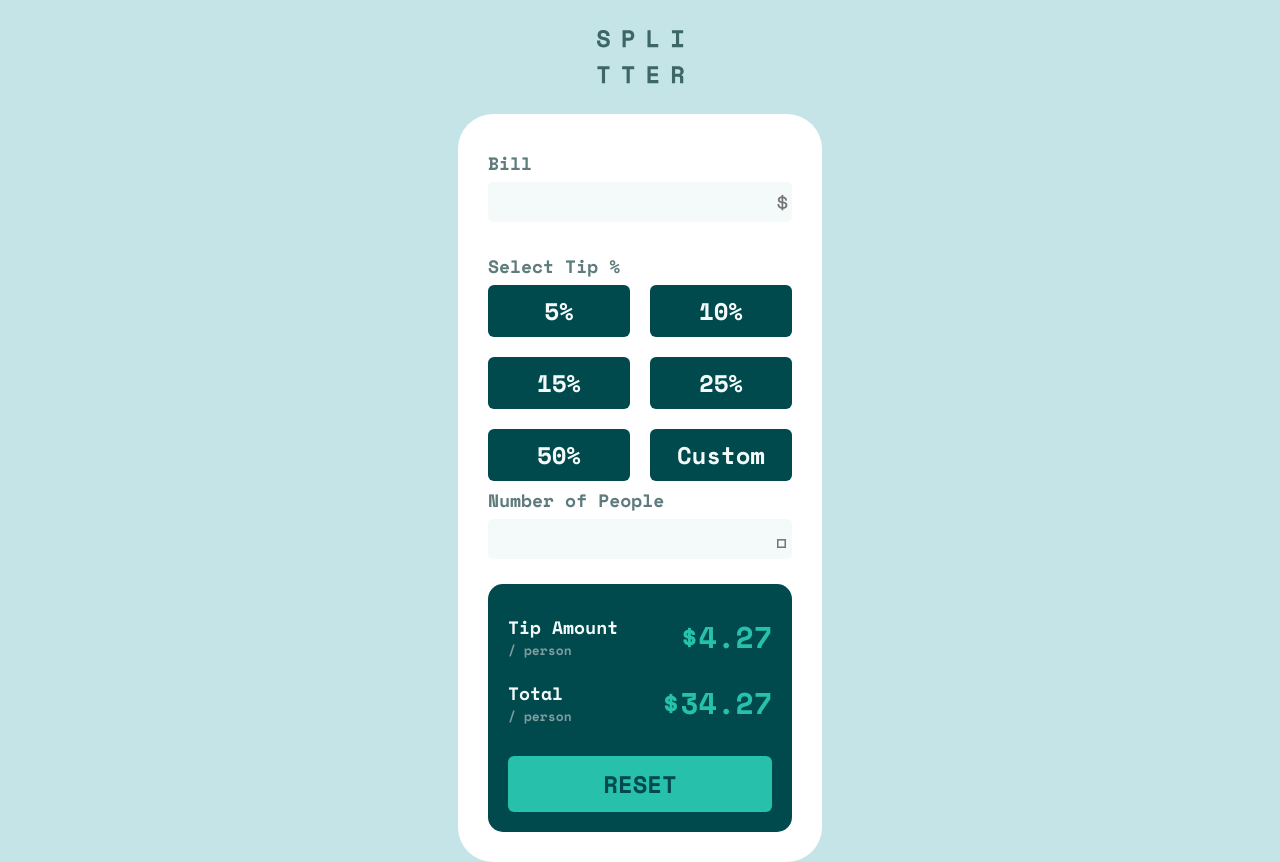
Repository: tomas938/tipcalculator
Page: /
These files come from the project's save history. The page is drawn as it stood at one moment and after the next save; the edit follows.
The browser window is 1280 px wide. The pictures show the whole page.
The project was rebuilt for these pictures with package versions that can differ from the ones it lists, and the page was loaded fresh each time.

Above is the page before, as saved 2021-08-04 10:22:20.

### public/index.html
<!DOCTYPE html>
<html lang="">
	<head>
		<meta charset="utf-8" />
		<meta http-equiv="X-UA-Compatible" content="IE=edge" />
		<meta name="viewport" content="width=device-width,initial-scale=1.0" />
		<link rel="icon" href="<%= BASE_URL %>favicon.ico" />
		<link
			href="https://fonts.googleapis.com/icon?family=Material+Icons"
			rel="stylesheet"
		/>
		<title><%= htmlWebpackPlugin.options.title %></title>
	</head>
	<body>
		<noscript>
			<strong
				>We're sorry but <%= htmlWebpackPlugin.options.title %> doesn't work
				properly without JavaScript enabled. Please enable it to
				continue.</strong
			>
		</noscript>
		<div id="app"></div>
		<!-- built files will be auto injected -->
	</body>
</html>

### src/App.vue
<template>
	<router-view />
</template>

<style lang="scss">
@import url("https://fonts.googleapis.com/css2?family=Space+Mono:wght@400;700&display=swap");
$strong-cyan: hsl(172, 67%, 45%);
$dark-cyan: hsl(186, 14%, 43%);
$grayish-cyan: hsl(184, 14%, 43%);
$lower-grayish-cyan: hsl(184, 14%, 56%);
$light-grayish-cyan: hsl(185, 41%, 84%);
$lighter-grayish-cyan: hsl(189, 41%, 97%);
$white: hsl(0, 0%, 100%);
* {
	margin: 0;
	padding: 0;
	box-sizing: border-box;
	font-family: "Space Mono", monospace;
	font-size: 2.4rem;
}
body {
	background-color: hsl(185, 41%, 84%);
}
html {
	font-size: 62.5%;
	@media only screen and (max-width: 760px) {
		font-size: 45.5%;
	}
}
</style>

### src/views/Home.vue
<template>
	<div class="logo">
		<splitter></splitter>
	</div>
</template>

<script>
import Splitter from "../components/Splitter.vue";
export default {
	name: "Home",
	components: {
		Splitter,
	},
};
</script>
<style lang="scss" scoped></style>

### src/components/Splitter.vue
<template>
	<div class="splitter">
		<svg xmlns="http://www.w3.org/2000/svg" width="87" height="54">
			<path
				fill="#3D6666"
				d="M6.72 17.472c.944 0 1.792-.12 2.544-.36s1.392-.584 1.92-1.032a4.476 4.476 0 001.212-1.62c.28-.632.42-1.34.42-2.124v-.288c0-1.472-.464-2.584-1.392-3.336-.928-.752-2.272-1.288-4.032-1.608a14.615 14.615 0 01-1.74-.408c-.456-.144-.824-.308-1.104-.492-.28-.184-.476-.392-.588-.624a1.771 1.771 0 01-.168-.78c0-.56.232-1.004.696-1.332.464-.328 1.096-.492 1.896-.492.944 0 1.676.248 2.196.744.52.496.78 1.08.78 1.752v.576h3.168v-.864a5 5 0 00-.396-1.968 4.762 4.762 0 00-1.176-1.656C10.436 1.08 9.792.7 9.024.42 8.256.14 7.376 0 6.384 0c-.88 0-1.676.12-2.388.36s-1.32.576-1.824 1.008c-.504.432-.896.94-1.176 1.524-.28.584-.42 1.22-.42 1.908v.144c0 .832.144 1.536.432 2.112a3.978 3.978 0 001.212 1.44c.52.384 1.132.692 1.836.924.704.232 1.48.42 2.328.564.64.112 1.168.248 1.584.408.416.16.744.34.984.54s.408.424.504.672c.096.248.144.508.144.78 0 .576-.232 1.072-.696 1.488-.464.416-1.176.624-2.136.624-1.232 0-2.14-.3-2.724-.9-.584-.6-.876-1.404-.876-2.412v-.576H0v.72c0 .88.144 1.692.432 2.436a5.47 5.47 0 001.272 1.944c.56.552 1.26.984 2.1 1.296.84.312 1.812.468 2.916.468zm22-.336V10.8h3.408c.864 0 1.616-.144 2.256-.432a4.707 4.707 0 001.596-1.14 4.833 4.833 0 00.96-1.608c.216-.6.324-1.212.324-1.836v-.576c0-.608-.108-1.204-.324-1.788a4.625 4.625 0 00-.96-1.56A4.737 4.737 0 0034.384.756c-.64-.28-1.392-.42-2.256-.42h-6.576v16.8h3.168zm3.096-9.36H28.72V3.36h3.096c.704 0 1.26.192 1.668.576.408.384.612.88.612 1.488v.288c0 .608-.204 1.104-.612 1.488-.408.384-.964.576-1.668.576zm29.464 9.36v-3.024h-7.632V.336H50.48v16.8h10.8zm24.88 0v-3.024h-4.032V3.36h4.032V.336H74.928V3.36h4.032v10.752h-4.032v3.024H86.16zm-78.096 36V39.36h4.464v-3.024H.432v3.024h4.464v13.776h3.168zm24.688 0V39.36h4.464v-3.024H25.12v3.024h4.464v13.776h3.168zm28.624 0v-3.024h-7.728v-3.888H60.8V43.2h-7.152v-3.84h7.44v-3.024H50.48v16.8h10.896zm16.744 0V46.8h3.648c.464 0 .796.12.996.36.2.24.3.552.3.936v5.04h3.168v-5.808c0-.56-.164-1.024-.492-1.392-.328-.368-.772-.584-1.332-.648v-.432c.768-.32 1.336-.78 1.704-1.38a3.63 3.63 0 00.552-1.932v-.576c0-.64-.116-1.24-.348-1.8a4.332 4.332 0 00-1.008-1.476c-.44-.424-.988-.756-1.644-.996-.656-.24-1.416-.36-2.28-.36h-6.432v16.8h3.168zm3.024-9.36H78.12V39.36h3.024c.768 0 1.352.204 1.752.612.4.408.6.892.6 1.452v.288c0 .656-.2 1.164-.6 1.524-.4.36-.984.54-1.752.54z"
			/>
		</svg>
		<div class="calculator">
			<h3>Bill</h3>
			<input type="text" placeholder="$" />
			<h3>Select Tip %</h3>
			<div class="calculator__grid">
				<div class="calculator__grid__item item-1"><p>5%</p></div>
				<div class="calculator__grid__item item-2"><p>10%</p></div>
				<div class="calculator__grid__item item-3"><p>15%</p></div>
				<div class="calculator__grid__item item-4"><p>25%</p></div>
				<div class="calculator__grid__item item-5"><p>50%</p></div>
				<div class="calculator__grid__item item-6"><p>Custom</p></div>
			</div>
			<h3>Number of People</h3>
			<input type="text" placeholder="&#xf002;" />
			<div class="calculator__result">
				<div class="result">
					<div class="information">
						<p>Tip Amount</p>
						<span>/ person</span>
					</div>
					<div class="price">
						<p>$4.27</p>
					</div>
				</div>
				<div class="result">
					<div class="information">
						<p>Total</p>
						<span>/ person</span>
					</div>
					<div class="price">
						<p>$34.27</p>
					</div>
				</div>
				<div class="result"></div>
				<button>Reset</button>
			</div>
		</div>
	</div>
</template>

<script>
export default {};
</script>

<style lang="scss" scoped>
.splitter {
	display: flex;
	flex-direction: column;
	align-items: center;
}
.calculator {
	background-color: hsl(0, 0%, 100%);
	padding: 3rem;
	border-radius: 3.5rem;
	&__grid {
		display: grid;
		grid-gap: 2rem;
		grid-template-columns: repeat(2, 1fr);
		grid-template-rows: repeat(3, 1fr);
		color: hsl(189, 41%, 97%);
		font-weight: 700;
		text-align: center;
		cursor: pointer;
	}
	&__grid__item {
		width: 100%;
		margin: auto;
		padding: 8px 0;
		border-radius: 6px;
		background-color: hsl(183, 100%, 15%);
		&:hover {
			transition: all 0.3s ease-in-out;
			background-color: hsl(172, 67%, 45%);
			color: hsl(183, 100%, 15%);
		}
	}
	&__result {
		display: flex;
		flex-direction: column;
		border-radius: 1.5rem;
		padding: 2rem;
		background-color: hsl(183, 100%, 15%);
		font-weight: 700;
		.result {
			display: flex;
			justify-content: space-between;
			padding: 10px 0;
			p {
				font-size: 1.8rem;
				color: hsl(189, 41%, 97%);
			}
			span {
				font-size: 1.3rem;
				color: hsl(184, 14%, 56%);
			}
		}
		.information {
			display: flex;
			flex-direction: column;
		}
		.price {
			p {
				color: hsl(172, 67%, 45%);
				font-size: 3rem;
			}
		}
		button {
			border-radius: 6px;
			padding: 1rem 0;
			font-weight: 700;
			color: hsl(183, 100%, 15%);
			text-transform: uppercase;
			background-color: hsl(172, 67%, 45%);
			cursor: pointer;
			outline: none;
			border: none;
		}
		button:hover,
		button:active {
			transition: 0.3s ease-in-out;
			background-color: hsl(185, 41%, 84%);
		}
	}
}
svg {
	margin: 3rem 0;
}
input {
	margin-bottom: 2.5rem;
	border-radius: 5px;
	border: 2px solid transparent;
	outline: none;
	background-color: hsl(189, 41%, 97%);
	text-align: right;
	&:focus,
	&:active {
		border: 2px solid hsl(172, 67%, 45%);
	}
}
h3 {
	margin: 6px 0;
	font-size: 1.8rem;
	color: hsl(184, 14%, 43%);
	font-weight: 700;
}
</style>

Loaded but not shown: src/main.js (common file); src/router/index.js (common file)

After the next save:
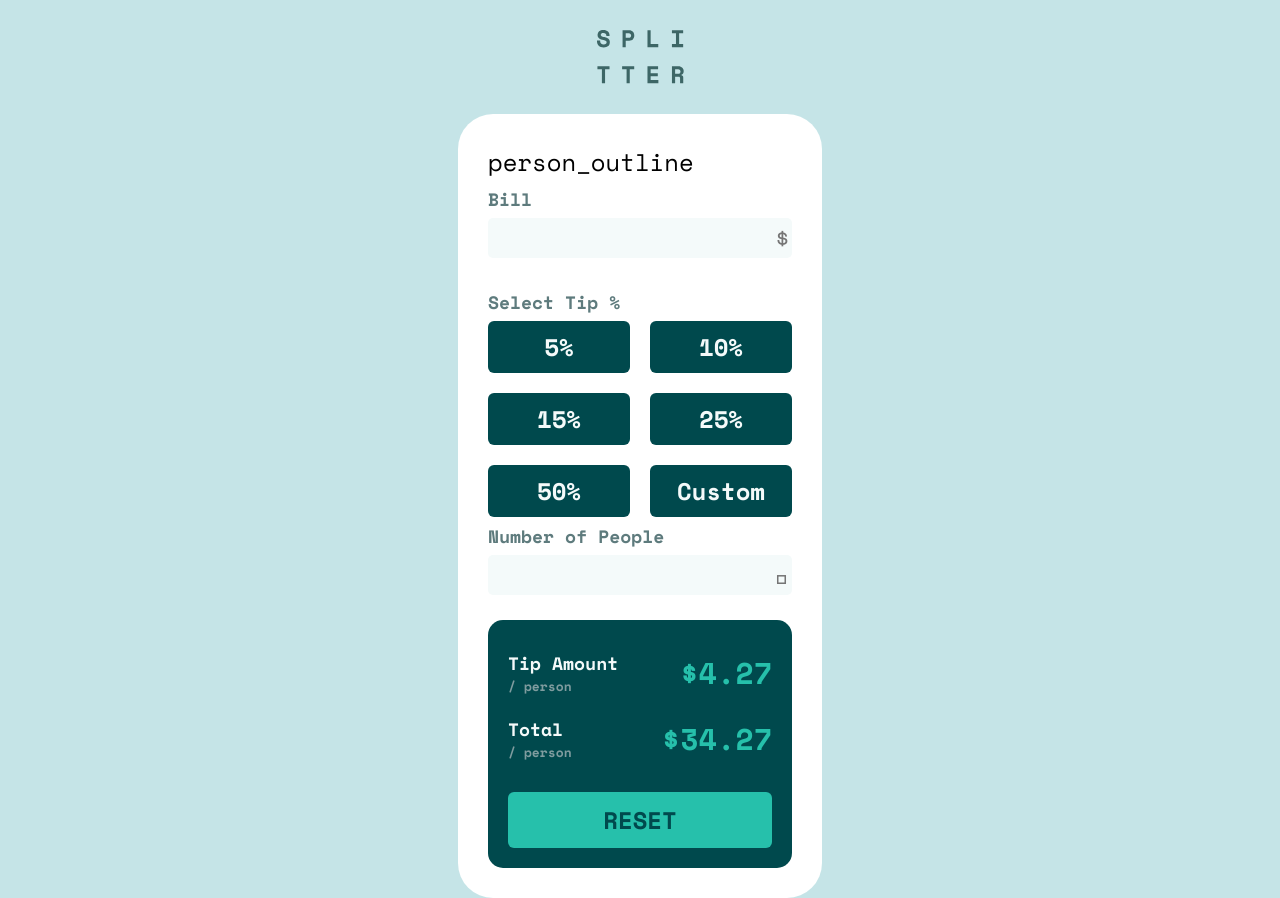
Saved 17 s later.
--- a/src/components/Splitter.vue
+++ b/src/components/Splitter.vue
@@ -7,6 +7,9 @@
 			/>
 		</svg>
 		<div class="calculator">
+			<span class="material-icons-outlined">
+				person_outline
+			</span>
 			<h3>Bill</h3>
 			<input type="text" placeholder="$" />
 			<h3>Select Tip %</h3>

After the save that followed:
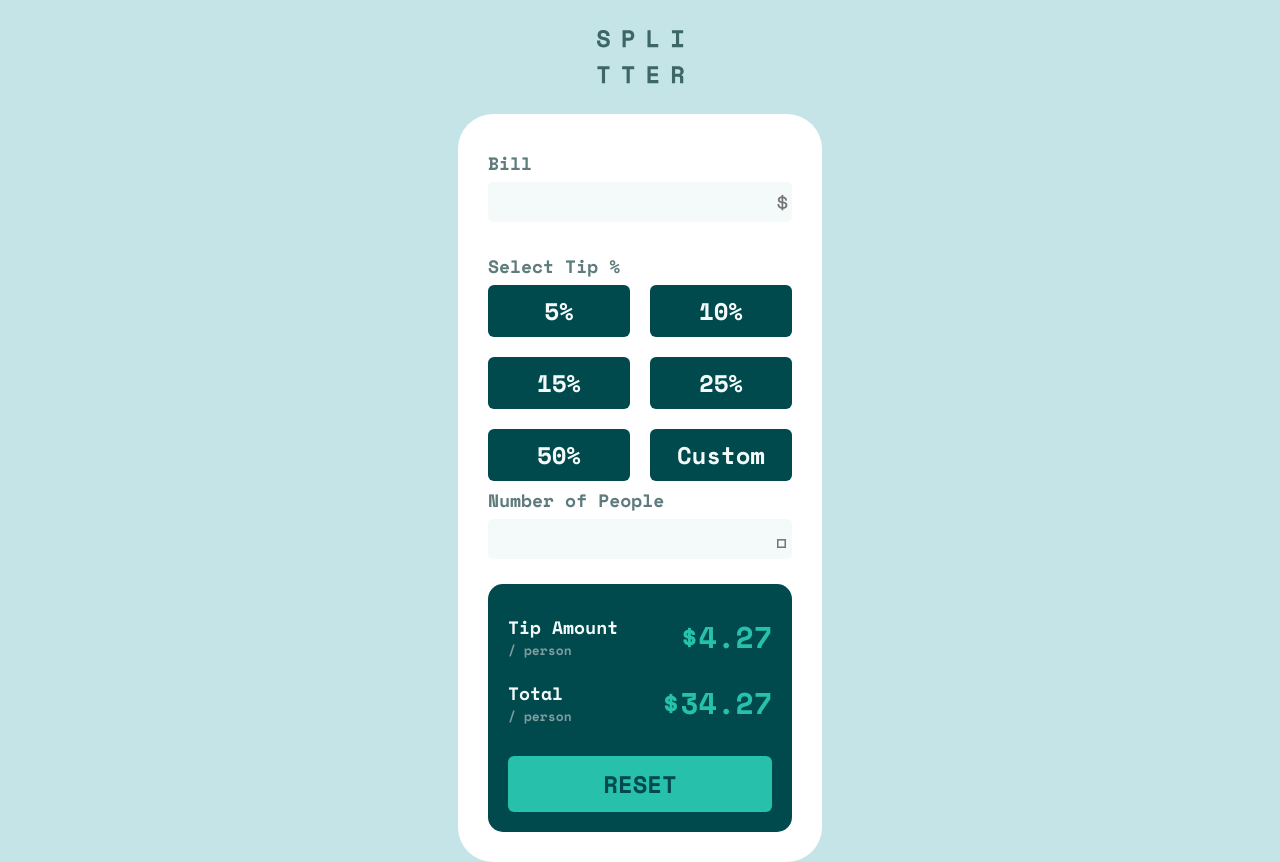
Saved 11 s later.
--- a/src/components/Splitter.vue
+++ b/src/components/Splitter.vue
@@ -7,9 +7,6 @@
 			/>
 		</svg>
 		<div class="calculator">
-			<span class="material-icons-outlined">
-				person_outline
-			</span>
 			<h3>Bill</h3>
 			<input type="text" placeholder="$" />
 			<h3>Select Tip %</h3>
